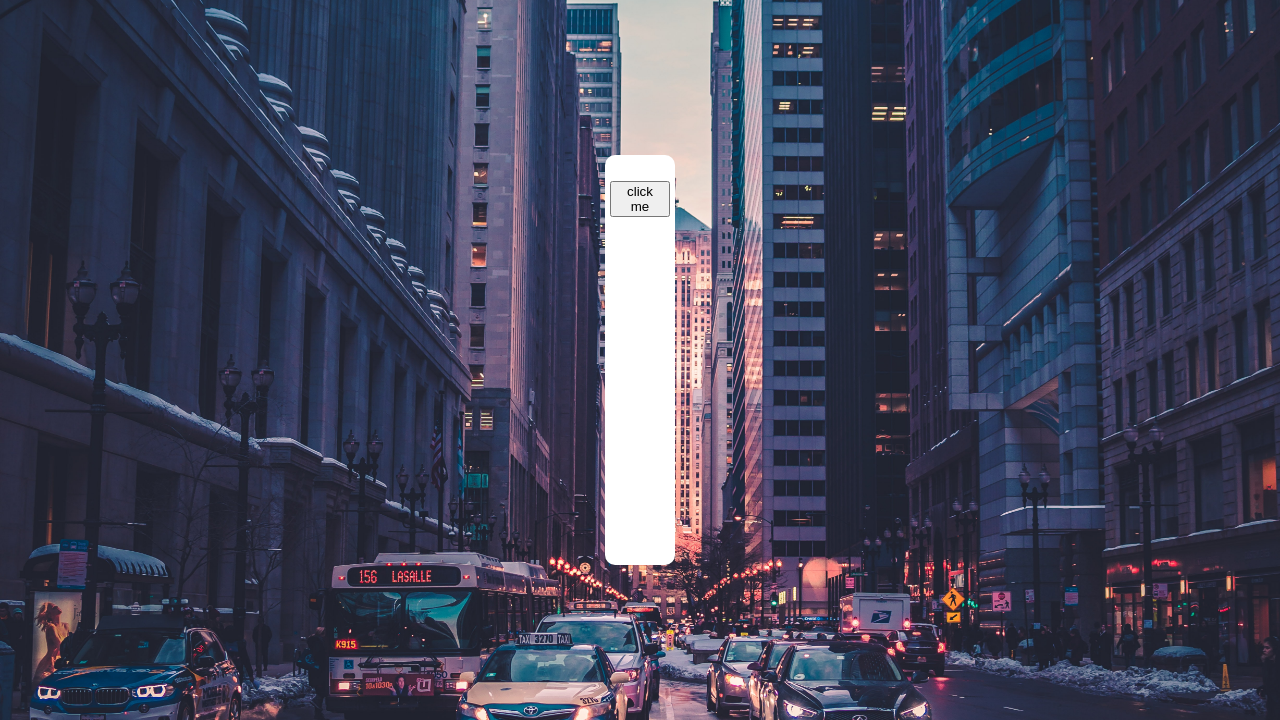
Repository: lamilekan263/random_advice
Page: /
The author's editor kept a copy of each file at every save. The page is drawn from the files as they stood at one save, then again after the next save.
The browser window is 1280 px wide. The pictures show the whole page.
The page's requests for data from a server got no answer. The project was rebuilt for these pictures with package versions that can differ from the ones it lists, and the page was loaded fresh each time. No one was signed in, and anything a server would have sent is missing.

Above is the page before, as saved 2020-08-10 14:30:52.

After the next save:
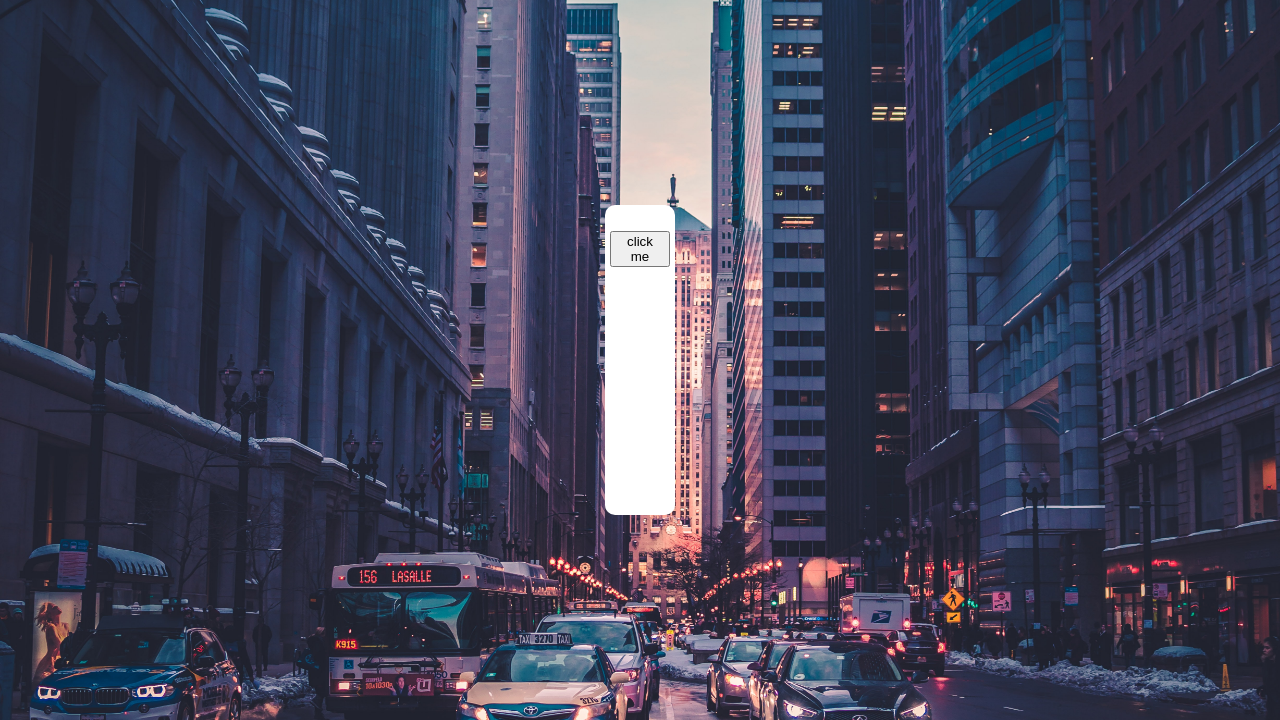
Saved 7 s later.
--- a/src/App.css
+++ b/src/App.css
@@ -19,5 +19,5 @@ body{
   background-color: white;
   padding:5px;
   border-radius: 10px;
-  height:400px;
+  height:300px;
 }
